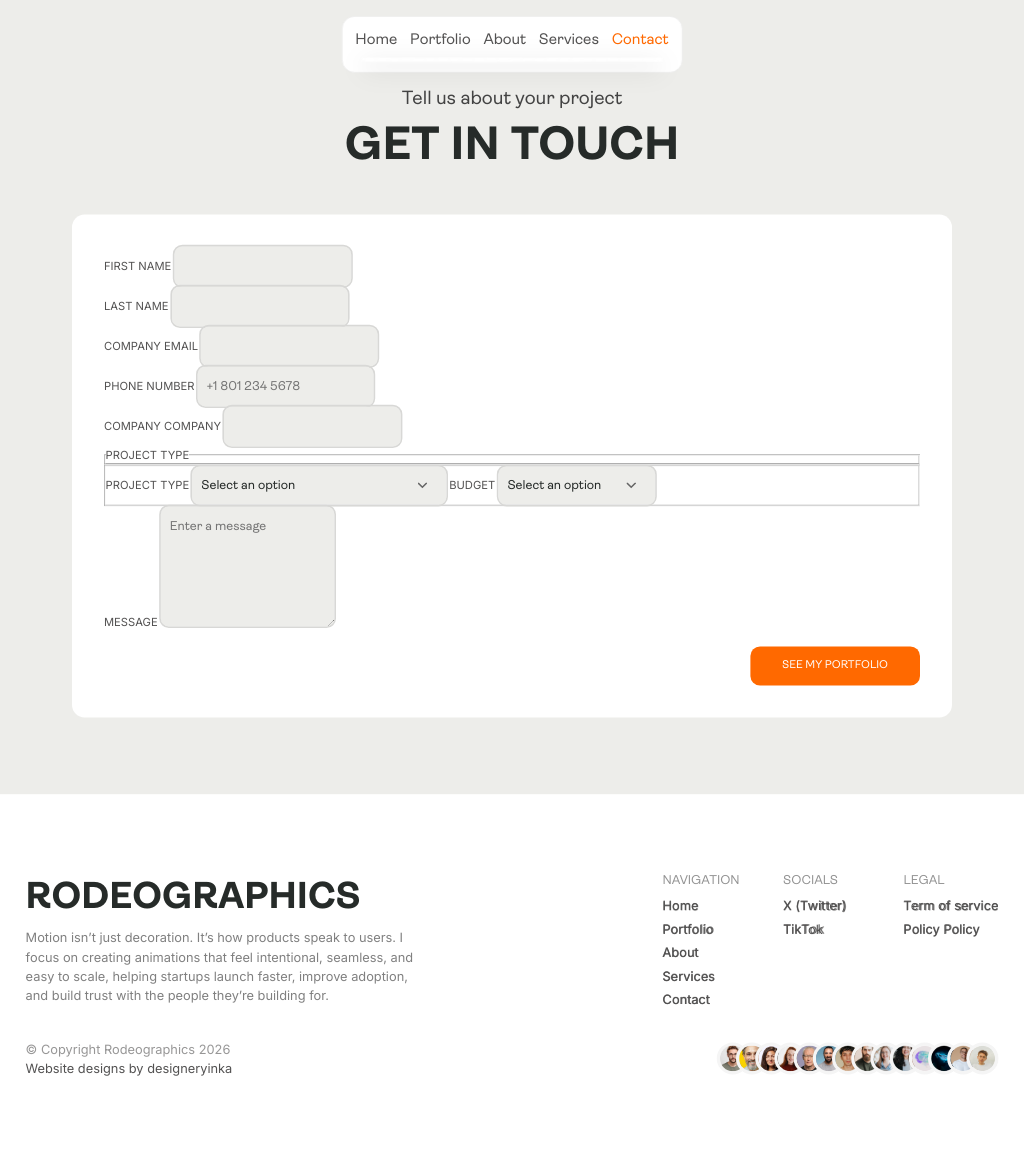
Repository: Ajeyinka/RodeoGraphics
Page: contact.html
An editor plug-in stored every save of this project. The page is shown before and after the next save, followed by the edit.
The browser window is 1280 px wide. The pictures show the whole page, at 80% of full size.

Above is the page before, as saved 2026-02-21 21:10:21.
Console error: ReferenceError: gsap is not defined

After the next save:
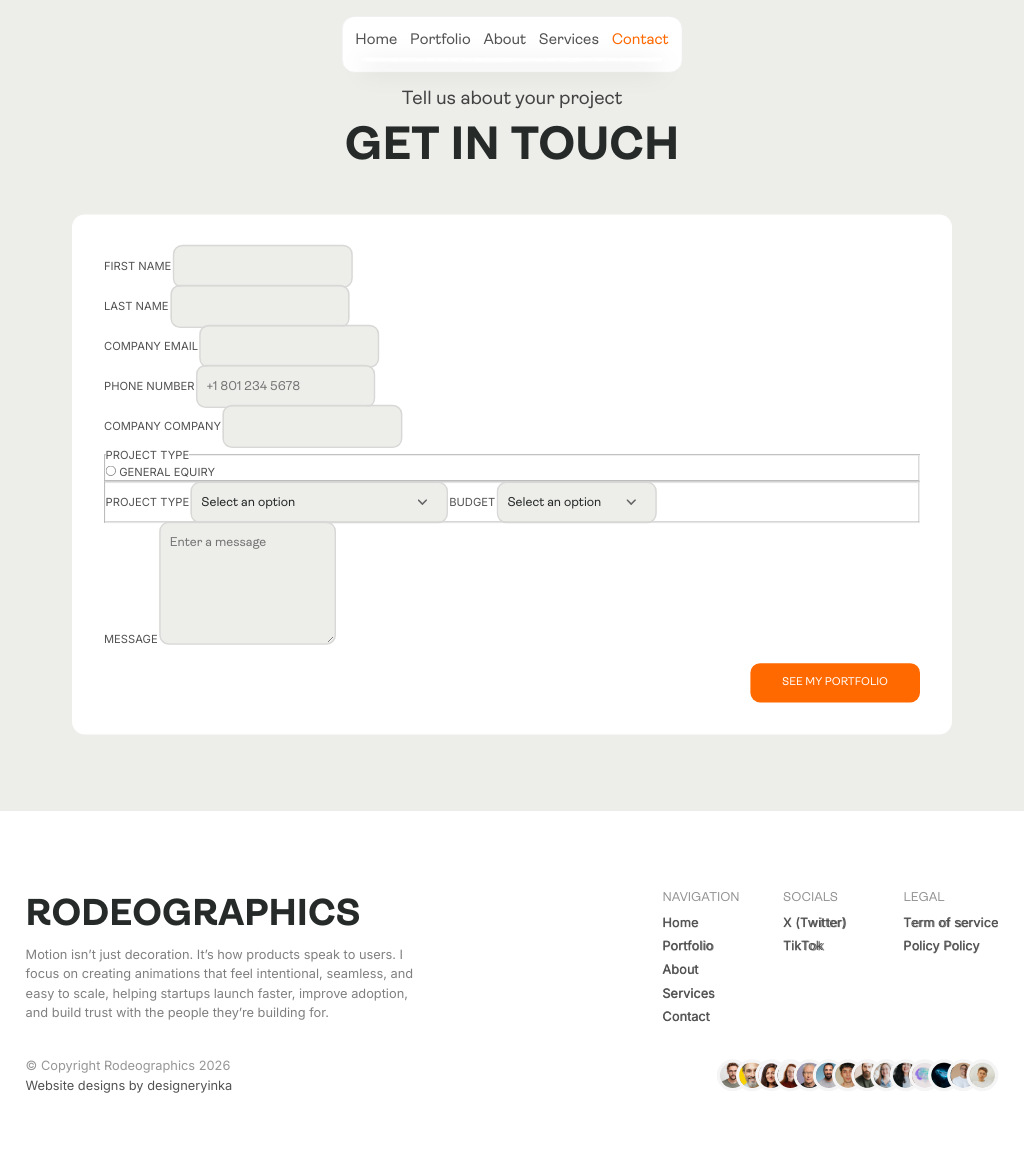
Saved 3 min 34 s later.
--- a/contact.html
+++ b/contact.html
@@ -139,6 +139,11 @@
 
                 <fieldset>
                   <legend>Project Type</legend>
+
+                  <div class="form-group">
+                    <input type="radio" id="general" name="project" required />
+                    <label for="general">General Equiry</label>
+                  </div>
                 </fieldset>
 
                 <fieldset>
